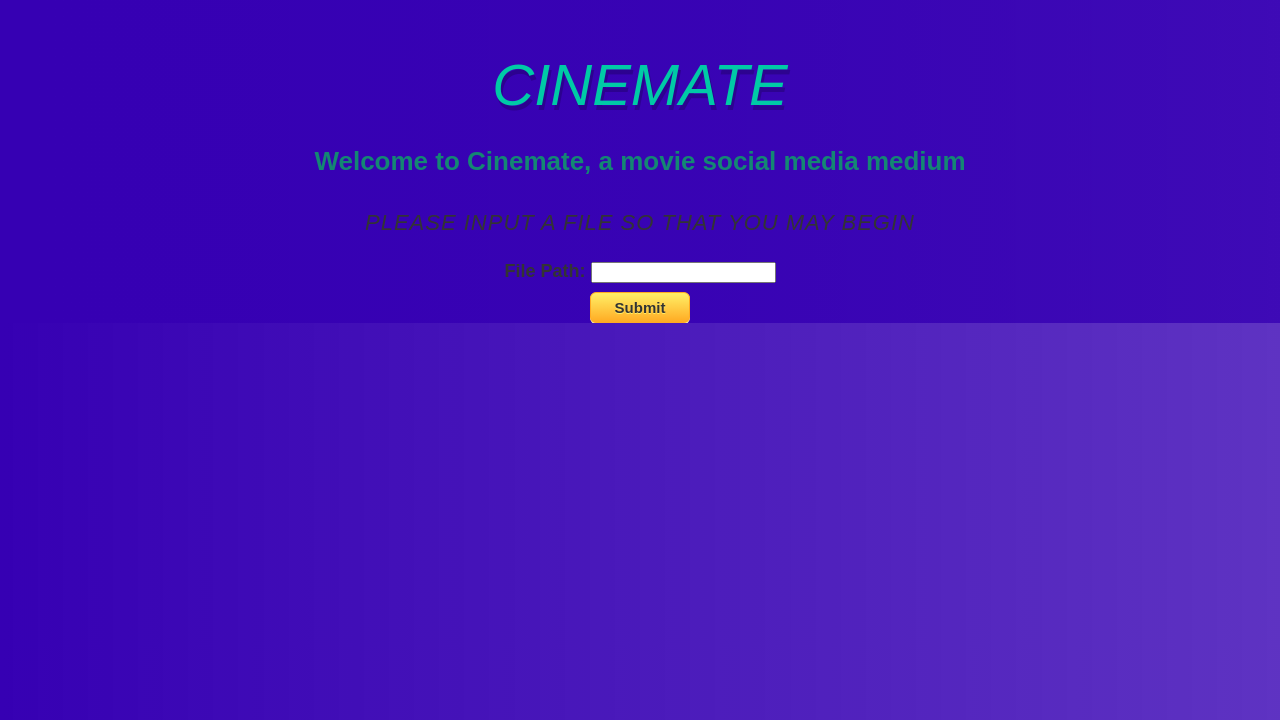
Repository: ir1998/cs201
Page: http://localhost/Assignment2/entry_kaimakis.jsp
The author's editor kept a copy of each file at every save. The page is drawn from the files as they stood at one save, then again after the next save.
The browser window is 1280 px wide. The pictures show the whole page.
The page is served by Tomcat 9.

Above is the page before, as saved 2017-02-11 04:16:39.

After the next save:
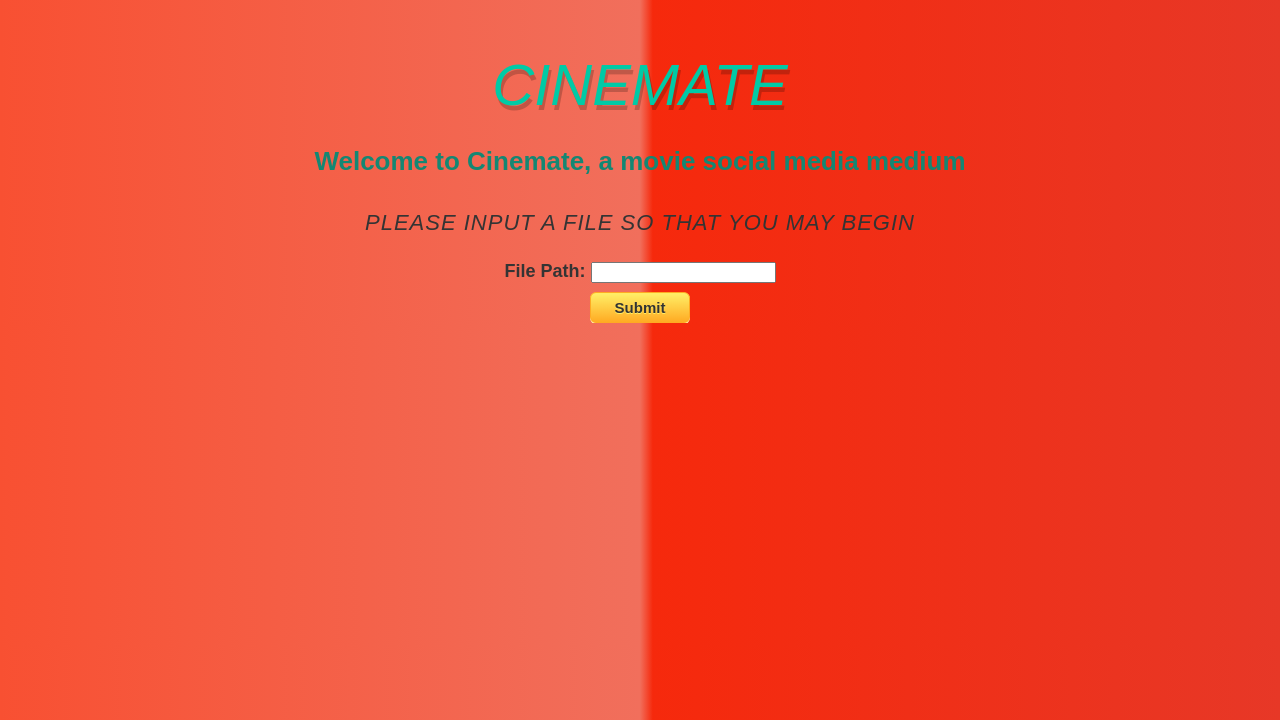
Saved 81 s later.
--- a/Assignment2/WebContent/main.css
+++ b/Assignment2/WebContent/main.css
@@ -10,14 +10,15 @@
 	text-rendering:optimizeLegibility;
 	box-sizing: border-box;
 
-	background: rgba(54,0,179,1);
-	background: -moz-linear-gradient(left, rgba(54,0,179,1) 0%, rgba(54,0,179,0.8) 100%);
-	background: -webkit-gradient(left top, right top, color-stop(0%, rgba(54,0,179,1)), color-stop(100%, rgba(54,0,179,0.8)));
-	background: -webkit-linear-gradient(left, rgba(54,0,179,1) 0%, rgba(54,0,179,0.8) 100%);
-	background: -o-linear-gradient(left, rgba(54,0,179,1) 0%, rgba(54,0,179,0.8) 100%);
-	background: -ms-linear-gradient(left, rgba(54,0,179,1) 0%, rgba(54,0,179,0.8) 100%);
-	background: linear-gradient(to right, rgba(54,0,179,1) 0%, rgba(54,0,179,0.8) 100%);
-	filter: progid:DXImageTransform.Microsoft.gradient( startColorstr='#3600b3', endColorstr='#3600b3', GradientType=1 );
+
+background: rgba(248,80,50,1);
+background: -moz-linear-gradient(left, rgba(248,80,50,1) 0%, rgba(241,111,92,1) 50%, rgba(246,41,12,1) 51%, rgba(240,47,23,1) 71%, rgba(231,56,39,1) 100%);
+background: -webkit-gradient(left top, right top, color-stop(0%, rgba(248,80,50,1)), color-stop(50%, rgba(241,111,92,1)), color-stop(51%, rgba(246,41,12,1)), color-stop(71%, rgba(240,47,23,1)), color-stop(100%, rgba(231,56,39,1)));
+background: -webkit-linear-gradient(left, rgba(248,80,50,1) 0%, rgba(241,111,92,1) 50%, rgba(246,41,12,1) 51%, rgba(240,47,23,1) 71%, rgba(231,56,39,1) 100%);
+background: -o-linear-gradient(left, rgba(248,80,50,1) 0%, rgba(241,111,92,1) 50%, rgba(246,41,12,1) 51%, rgba(240,47,23,1) 71%, rgba(231,56,39,1) 100%);
+background: -ms-linear-gradient(left, rgba(248,80,50,1) 0%, rgba(241,111,92,1) 50%, rgba(246,41,12,1) 51%, rgba(240,47,23,1) 71%, rgba(231,56,39,1) 100%);
+background: linear-gradient(to right, rgba(248,80,50,1) 0%, rgba(241,111,92,1) 50%, rgba(246,41,12,1) 51%, rgba(240,47,23,1) 71%, rgba(231,56,39,1) 100%);
+filter: progid:DXImageTransform.Microsoft.gradient( startColorstr='#f85032', endColorstr='#e73827', GradientType=1 );
 }
 
 #Title1 {
